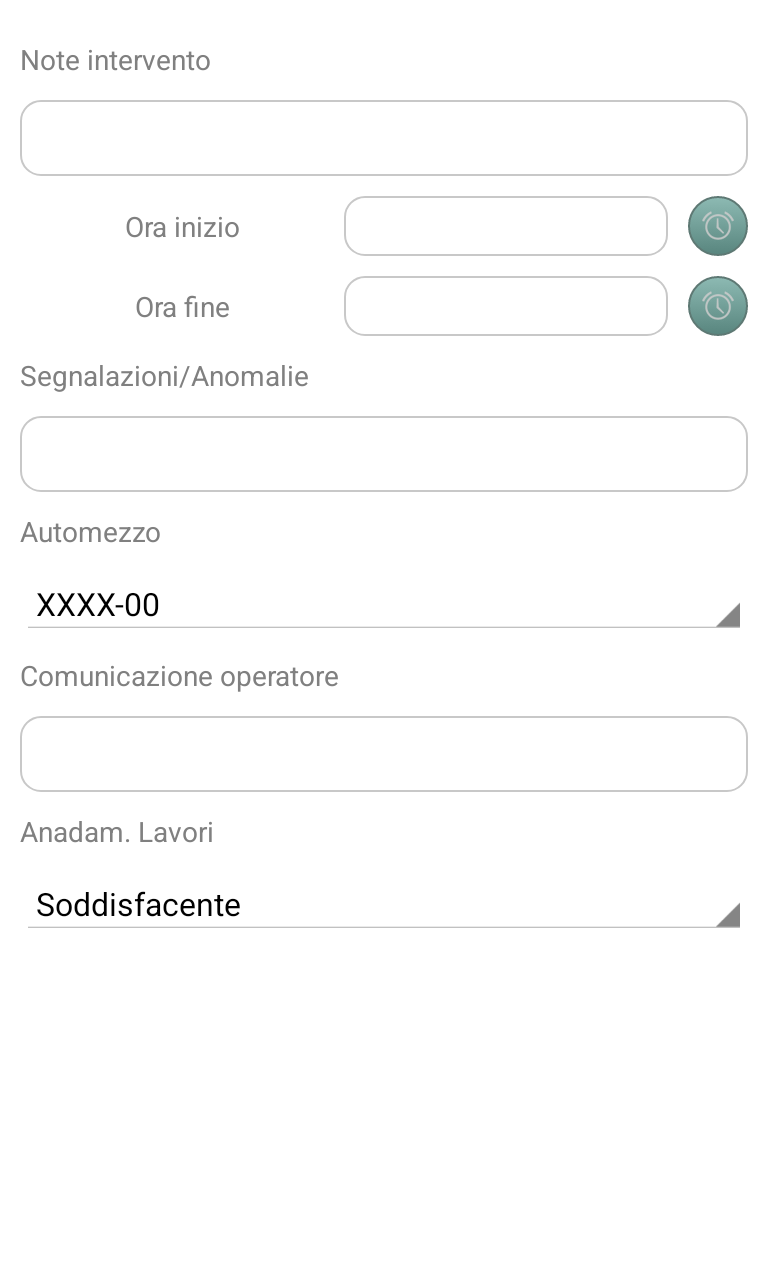
Repository: vincenzotandurella/winimpresamobile
Layout: workspace/WinImpresaMobile/res/layout/activity_buono.xml
The author's editor kept a copy of each file at every save. The layout is drawn from the files as they stood at one save, then again after the next save.
It is drawn on a 768 x 1280 px phone screen (xhdpi) without system bars, with theme CustomActionBarTheme; the app's code is not run.

Above is the layout before, as saved 2015-09-20 08:19:37.

After the next save:
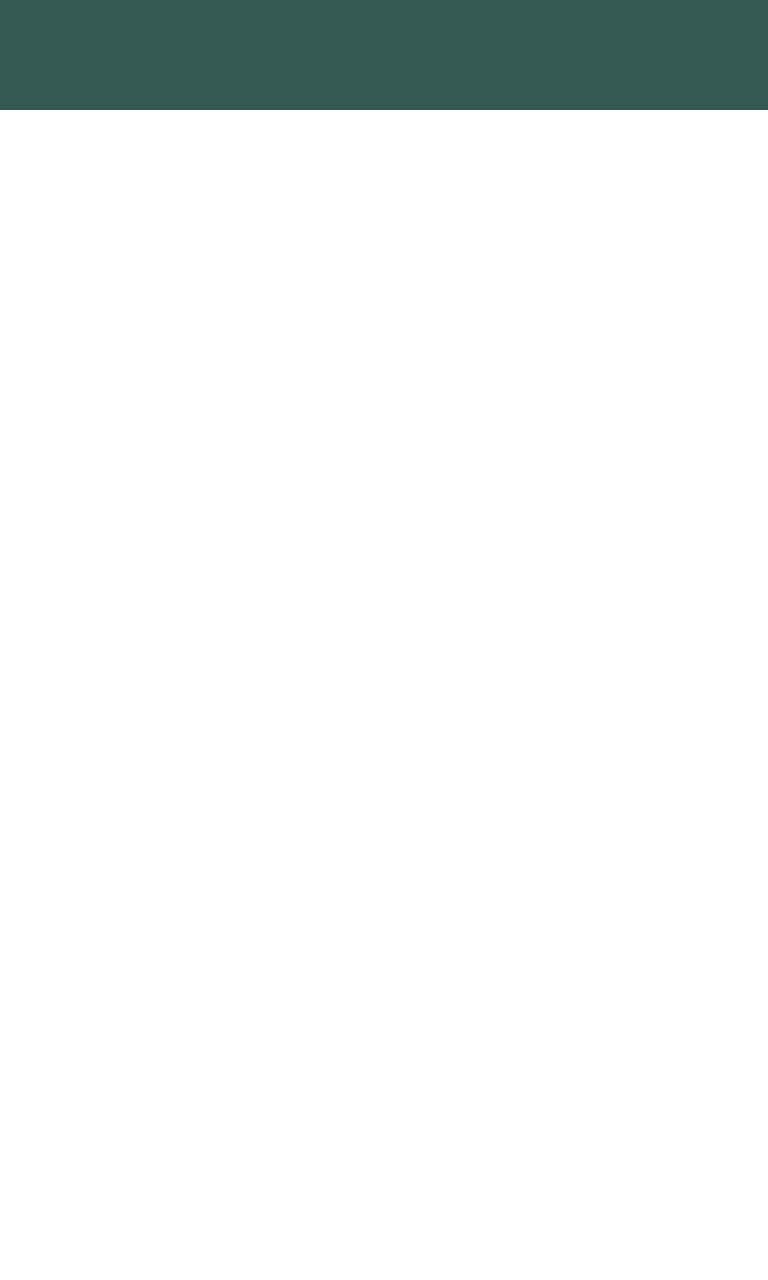
Saved 37 s later.
--- a/workspace/WinImpresaMobile/res/layout/activity_buono.xml
+++ b/workspace/WinImpresaMobile/res/layout/activity_buono.xml
@@ -7,6 +7,8 @@
     tools:context="com.winimpresa.mobile.BuonoActivity" >
 
 
+   <LinearLayout >
+
      <ScrollView
      android:layout_width="match_parent"
      android:layout_height="match_parent"
@@ -14,7 +16,6 @@
      android:background="#fff"
       android:paddingLeft="10sp"
      android:paddingRight="10sp"
-
      >
      <LinearLayout
         android:layout_width="match_parent"
@@ -220,7 +221,7 @@
 
 
     </ScrollView>
-
+    </LinearLayout>
      <LinearLayout
     android:layout_width="fill_parent"
     android:layout_height="55dp"

After the save that followed:
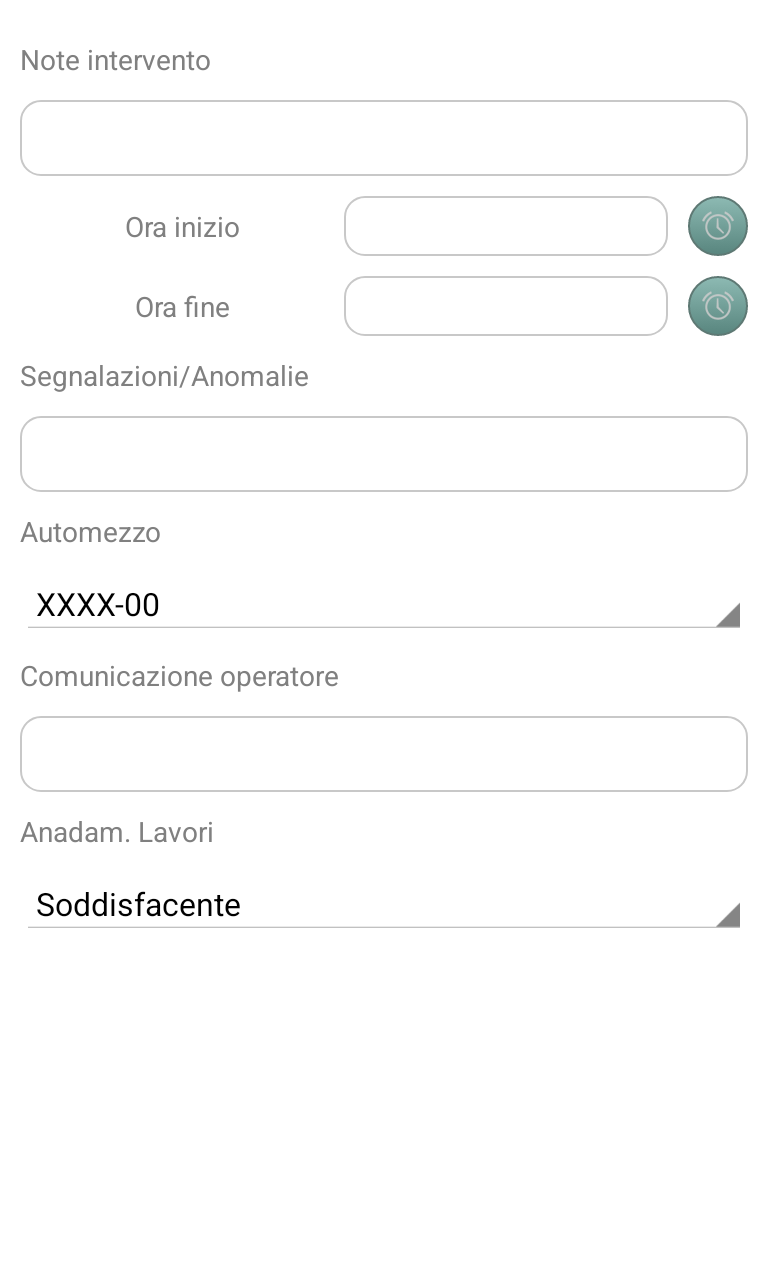
Saved 36 s later.
--- a/workspace/WinImpresaMobile/res/layout/activity_buono.xml
+++ b/workspace/WinImpresaMobile/res/layout/activity_buono.xml
@@ -7,7 +7,12 @@
     tools:context="com.winimpresa.mobile.BuonoActivity" >
 
 
-   <LinearLayout >
+   <LinearLayout
+       android:orientation="vertical"
+       android:layout_width="match_parent"
+       android:layout_height="match_parent"
+
+       >
 
      <ScrollView
      android:layout_width="match_parent"
